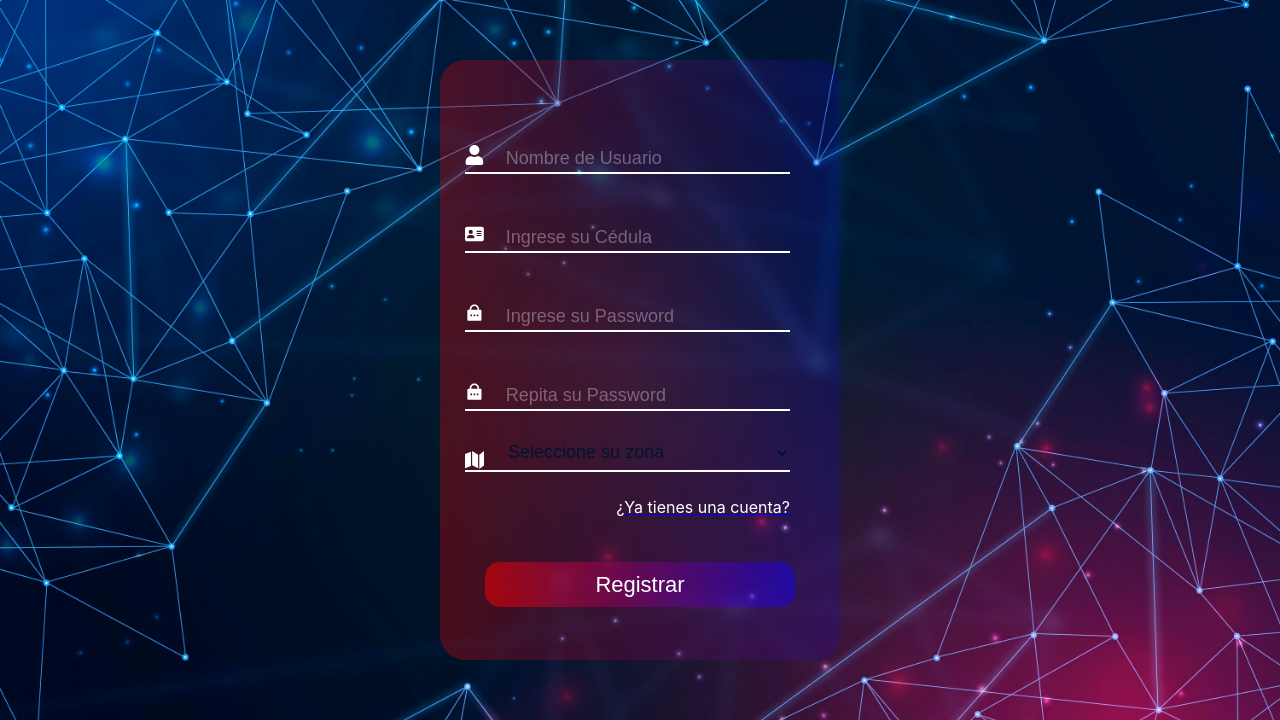
Repository: Davic1o/municipio
Page: /Registro
The author's editor kept a copy of each file at every save. The page is drawn from the files as they stood at one save, then again after the next save.
The browser window is 1280 px wide. The pictures show the whole page.
The first visible `.contenedor__zona select` has the focus.
The project was rebuilt for these pictures with package versions that can differ from the ones it lists, and the page was loaded fresh each time. Also part of the build but not shown: src/pages/Login/Login.jsx, src/pages/Administrador/Admin.jsx, src/pages/Coord/Coord.jsx, src/pages/User/User.jsx, src/pages/ConfirmacionRegistro/ConfirmacionRegistro.jsx.

Above is the page before, as saved 2024-02-06 20:36:45.

### src/index.js
import React from 'react';
import ReactDOM from 'react-dom/client';
import './index.css';
import App from './App';
import { BrowserRouter } from 'react-router-dom';

const root = ReactDOM.createRoot(document.getElementById('root'));
root.render(
  <BrowserRouter>
    <App />
   </BrowserRouter>
);

### src/index.css
body {
  margin: 0;
  font-family: -apple-system, BlinkMacSystemFont, 'Segoe UI', 'Roboto', 'Oxygen',
    'Ubuntu', 'Cantarell', 'Fira Sans', 'Droid Sans', 'Helvetica Neue',
    sans-serif;
  -webkit-font-smoothing: antialiased;
  -moz-osx-font-smoothing: grayscale;
}

code {
  font-family: source-code-pro, Menlo, Monaco, Consolas, 'Courier New',
    monospace;
}
input{
  text-decoration: none;
  border: none;
}
button{
  background-color: transparent;
  text-decoration: none;
  border: none;
}

### src/App.jsx

import './App.css';
import Rutas from './routes/Rutas';

function App() {
  return (
    <div className="App">
      <Rutas/>
    </div>
  );
}

export default App;

### src/routes/Rutas.jsx
import React from 'react'
import { Routes, Route } from 'react-router-dom';
import Login from '../pages/Login/Login';
import Admin from '../pages/Administrador/Admin';
import Coord from '../pages/Coord/Coord';
import User from '../pages/User/User';
import Register from '../pages/Register/Register';
import ConfirmacionRegistro from '../pages/ConfirmacionRegistro/ConfirmacionRegistro';


function Rutas() {
  return (


    <Routes>
    <Route exact path="/" element={<Login/>} />
    <Route exact path="/Registro" element={<Register/>} />
    <Route exact path="/ConfirmacionRegistro" element={<ConfirmacionRegistro/>} />
    <Route exact path="/Administrador" element={<Admin/>} />
    <Route path='/Coordinador' element={<Coord/>} />
    <Route path='/Usuario' element={<User/>} />

    </Routes>

  )
}

export default Rutas

### src/pages/Register/Register.jsx
import React, { useState } from 'react';
import { FaUser } from 'react-icons/fa';
import { RiLockPasswordFill } from 'react-icons/ri';
import { FaAddressCard } from "react-icons/fa6";
import { ImMap } from "react-icons/im";
import { Link, useNavigate } from "react-router-dom";
import './register.css';

const Register = () => {
  const Navigate = useNavigate();
  const [username, setUsername] = useState('');
  const [cedula, setCedula] = useState('');
  const [password, setPassword] = useState('');
  const [confirmPassword, setConfirmPassword] = useState('');
  const [zona, setZona] = useState(''); // Nuevo estado para la zona
  const [errorMessage, setErrorMessage] = useState('');

  const validarFormulario = () => {
    if (password !== confirmPassword) {
      setErrorMessage('Las contraseñas no coinciden');
      alert('Las contraseñas no coinciden');
      limpiarCampos();
      return false;
    }

    if (!username || !cedula || !password || !confirmPassword || !zona) {
      setErrorMessage('Por favor, complete todos los campos.');
      alert('Por favor, complete todos los campos.');
      return false;
    }

    setErrorMessage('');
    return true;
  };

  const limpiarCampos = () => {
    setUsername('');
    setCedula('');
    setPassword('');
    setConfirmPassword('');
    setZona(''); // Limpiar el campo de la zona también
  };

  const handleRegistroClick = () => {
    if (validarFormulario()) {
      // Crear un objeto con la información del usuario
      const userInfo = {
        username,
        cedula,
        password,
        confirmPassword,
        zona,
      };

      console.log(userInfo);

      // Realizar acciones adicionales para el registro

      // Pasar userInfo como estado en Navigate
      Navigate('/ConfirmacionRegistro', { state: { userInfo } });

      // Limpia los campos después del registro exitoso
      limpiarCampos();
    }
  };

  return (
    <div className="login__container">
      <div className="register__recuadro">
        <div className="register__formulario">
          <div className="contenedor__nombre">
            <FaUser className="icon__nombre" />
            <input
              type="text"
              className="inp__nombre"
              placeholder="Nombre de Usuario"
              value={username}
              onChange={(e) => setUsername(e.target.value)}
            />
          </div>
          <div className="contenedor__nombre">
            <FaAddressCard className="icon__password" />
            <input
              type="text"
              className="inp__nombre"
              placeholder="Ingrese su Cédula"
              value={cedula}
              onChange={(e) => setCedula(e.target.value)}
            />
          </div>
          <div className="contenedor__password">
            <RiLockPasswordFill className="icon__password" />
            <input
              type="password"
              className="inp__password"
              placeholder="Ingrese su Password"
              value={password}
              onChange={(e) => setPassword(e.target.value)}
            />
          </div>
          <div className="contenedor__password">
            <RiLockPasswordFill className="icon__password" />
            <input
              type="password"
              className="inp__password"
              placeholder="Repita su Password"
              value={confirmPassword}
              onChange={(e) => setConfirmPassword(e.target.value)}
            />
          </div>
          <div className="contenedor__zona">
          <ImMap className="icon__password" />
            <select
              id="zona"
              value={zona}
              onChange={(e) => setZona(e.target.value)}
            >
              <option className='primer__opcion' value="">Seleccione su zona</option>
              <option value="norte">Zona Norte</option>
              <option value="sur">Zona Sur</option>
              <option value="centro">Zona Centro</option>
            </select>
          </div>
          <div className="contenedor__registrar">
            <Link to={'/'}>
              <label htmlFor="" className="lbl__registrar">
                ¿Ya tienes una cuenta?
              </label>
            </Link>
          </div>
          <div className="contendor__ingresar">
            <button className="btn__ingresar" onClick={handleRegistroClick}>
              Registrar
            </button>
          </div>
        </div>
      </div>
    </div>
  );
};

export default Register;

### src/pages/Login/login.css
.login__container {
    background-image:  url('../../images/fondo_informacion.jpg');
    background-size: cover;
    height: 100vh;
    width: 100vw;
    box-sizing: border-box;
    display: flex;
    align-items: center;
    justify-content: center;
    z-index: 0;
}
.login__recuadro{
    width: 400px;
    height: 600px;
    border-radius: 25px;
    background: linear-gradient(to right, rgba(253, 0, 0, 0.288) 1%, rgba(16, 0, 235, 0.171));
}
.login__formulario{
    margin-top: 200px;
}
.contenedor__nombre, .contenedor__password{
    padding-top: 25px;
    width: 325px;
    margin: 25px;
    display: flex;
    border-bottom: 2px solid white ;
}
.icon__nombre, .icon__password{
    margin-right: 20px;
    font-size: 20px;
    background-color: transparent;
    color: white;
}
.inp__nombre, .inp__password{

    background-color: transparent;
    width: 300px;
    height: 25px;
    font-size: 18px;
    color: white;
}
.inp__nombre::placeholder, .inp__password::placeholder{
    font-size: 18px;
color: rgba(255, 255, 255, 0.336);
}
.inp__nombre:focus, .inp__password:focus{
    outline: none;
    font-size: 18px;
    border: none;
    color: white;
}
.contenedor__recuerdame{
    width: 325px;
    margin: 25px;
    display: flex;
}
.inp__recuerdame{
    transform: scale(1.5);
    margin-right: 20px;
}
.lbl__recuerdame{
    font-size: 18px;
    color: white;
}
.contenedor__registrar{
    width: 325px;
    margin: 25px;
    display: flex;
    justify-content: right;
}
.lbl__registrar{
    color: white;
}
.lbl__registrar:hover{
    color: blue;
    cursor: pointer;
}
.contendor__ingresar{

    background: linear-gradient(to right, rgba(253, 0, 0, 0.514) 1%, rgba(16, 0, 235, 0.514));
    border-radius: 15px;
    margin: 45px;
    display: flex;
    justify-content: center;
}
.btn__ingresar{
    height: 45px;
    color: white;
    font-size: 22px;
    cursor: pointer;

}

### src/pages/Register/register.css

.register__recuadro{
    width: 400px;
    height: 600px;
    border-radius: 25px;
    background: linear-gradient(to right, rgba(253, 0, 0, 0.288) 1%, rgba(16, 0, 235, 0.171));
}
.register__formulario{
    margin-top: 60px;
}

.contenedor__zona {
    width: 325px;
    margin: 25px;
    display: flex;
    align-items: flex-end; /* Alinea el contenido a la derecha */
    border-bottom: 2px solid white;
  }

  .contenedor__zona select {
    width: 300px;
    margin: 0px;
    font-size: 18px;
    background-color: transparent;
    color: rgb(0, 20, 50);
    border: none;
    padding-top: 5px;
    padding-bottom: 5px;
  }

  /* Estilo para la primera opción (placeholder) del select */
  .contenedor__zona select option[value=""] {
    color: #FF0000; /* Puedes ajustar el color según tus preferencias */
  }

  .contenedor__zona select:focus {
    outline: none;
    border-bottom: 2px solid rgba(255, 255, 255, 0); /* Cambia el color del borde cuando el select está enfocado */
  }

Loaded but not shown: public/index.html (common file); src/App.css (common file); public/manifest.json (common file)

After the next save:
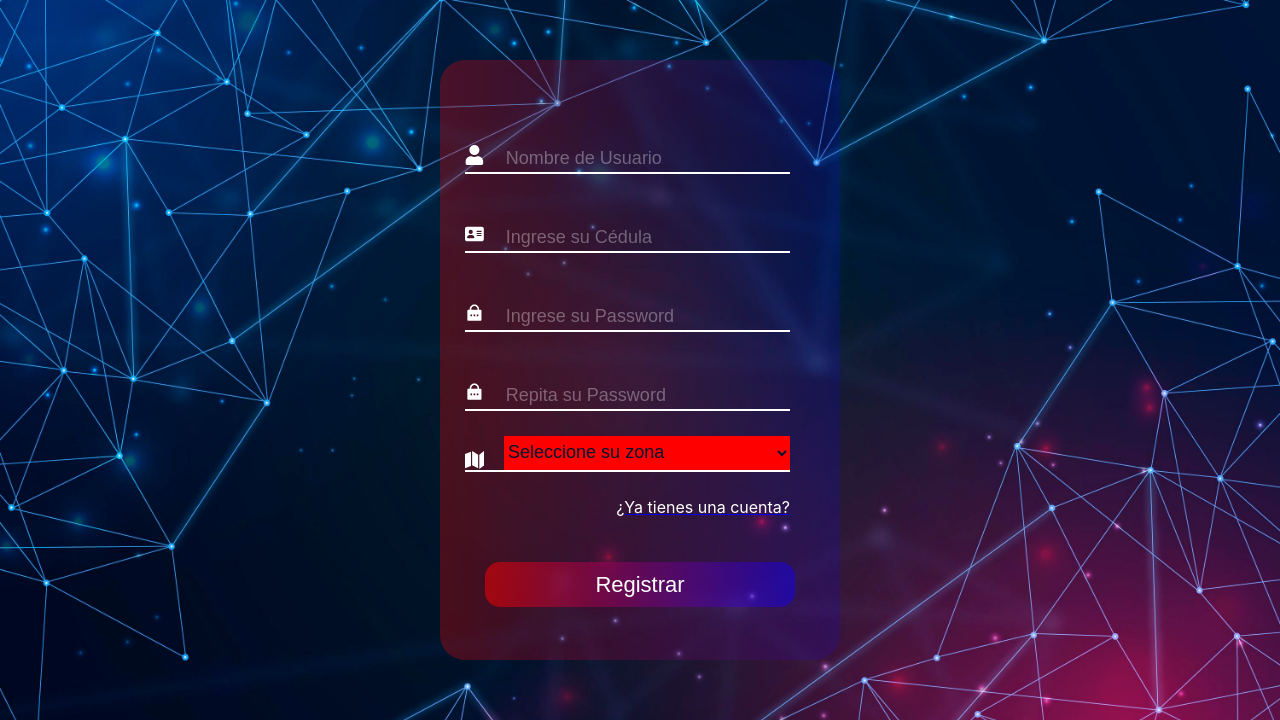
Saved 5 min 41 s later.
--- a/src/pages/Register/register.css
+++ b/src/pages/Register/register.css
@@ -34,6 +34,7 @@
   }
 
   .contenedor__zona select:focus {
+    background-color: #FF0000;
     outline: none;
     border-bottom: 2px solid rgba(255, 255, 255, 0); /* Cambia el color del borde cuando el select está enfocado */
   }
